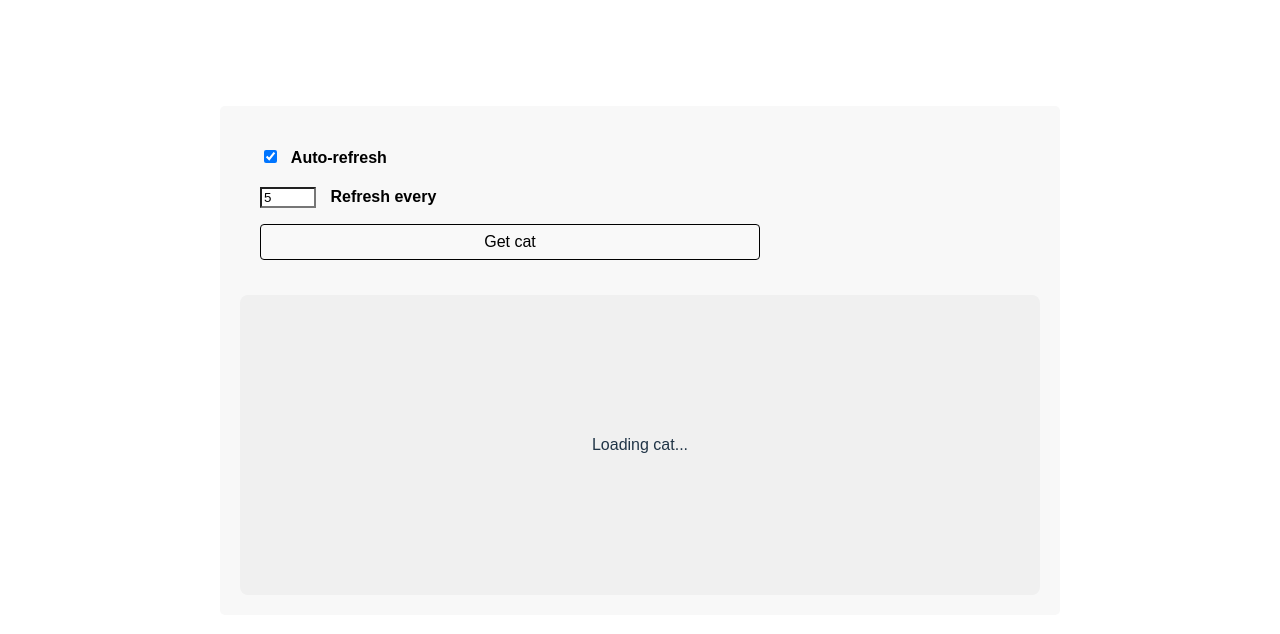
Repository: Pharaoh5/test-assignment5
Page: /
These files come from the project's save history. The page is drawn as it stood at one moment and after the next save; the edit follows.
The browser window is 1280 px wide. The pictures show the whole page.
The page's requests for data from a server got no answer. The project was rebuilt for these pictures with package versions that can differ from the ones it lists, and the page was loaded fresh each time. No one was signed in, and anything a server would have sent is missing. Also part of the build but not shown: vite.config.ts.

Above is the page before, as saved 2025-04-08 19:42:01.

### index.html
<!doctype html>
<html lang="en">
  <head>
    <meta charset="UTF-8" />
    <link rel="icon" type="image/svg+xml" href="/vite.svg" />
    <meta name="viewport" content="width=device-width, initial-scale=1.0" />
    <title>Vite + React + TS</title>
  </head>
  <body>
    <div id="root" style="width: 100%;"></div>
    <script type="module" src="/src/main.tsx"></script>
  </body>
</html>

### src/App.tsx
import { useState, useEffect } from 'react';
import styled from 'styled-components';
import CatImage from './components/CatImage';
import Controls from './components/Controls';

const AppContainer = styled.div`
  background-color: #f8f8f8;
  font-family: Arial, sans-serif;
  max-width: 800px;
  margin: 0 auto;
  padding: 20px;
  text-align: center;
  border-radius: 5px;
`;

const App = () => {
  const [catImage, setCatImage] = useState(null);
  const [autoRefresh, setAutoRefresh] = useState(true);
  const [refreshInterval, setRefreshInterval] = useState(5);

  const fetchCat = async () => {
    try {
      const response = await fetch('https://api.thecatapi.com/v1/images/search');
      const data = await response.json();
      setCatImage(data[0].url);
    } catch (error) {
      console.error('Error fetching cat:', error);
    }
  };

  useEffect(() => {
    fetchCat();
  }, []);

  useEffect(() => {
    let intervalId: number;
    if (autoRefresh) {
      intervalId = setInterval(fetchCat, refreshInterval * 1000);
    }
    return () => {
      if (intervalId) clearInterval(intervalId);
    };
  }, [autoRefresh, refreshInterval]);

  return (
    <AppContainer>
      <Controls
      autoRefresh={autoRefresh}
      refreshInterval={refreshInterval}
      onToggleAutoRefresh={() => setAutoRefresh(!autoRefresh)}
      onRefreshIntervalChange={(e: React.ChangeEvent<HTMLInputElement>) => setRefreshInterval(Number(e.target.value))}
      onManualRefresh={fetchCat}
      />
      <CatImage imageUrl={catImage as string | null} />
    </AppContainer>
  );
};

export default App;

### src/components/CatImage.tsx
import styled from 'styled-components';

const ImageContainer = styled.div`
`;

const CatImg = styled.img`
  max-width: 100%;
  max-height: 500px;
  border-radius: 8px;
  box-shadow: 0 2px 4px rgba(0, 0, 0, 0.1);
`;

const Placeholder = styled.div`
  width: 100%;
  height: 300px;
  background-color: #f0f0f0;
  display: flex;
  align-items: center;
  justify-content: center;
  border-radius: 8px;
`;

interface CatImageProps {
    imageUrl?: string | null;
  }

const CatImage = ({ imageUrl }: CatImageProps) => {
  return (
    <ImageContainer>
      {imageUrl ? (
        <CatImg src={imageUrl} alt="Random cat" />
      ) : (
        <Placeholder>Loading cat...</Placeholder>
      )}
    </ImageContainer>
  );
};

export default CatImage;

### src/components/Controls.tsx
import styled from 'styled-components';

const ControlsContainer = styled.div`
  padding: 20px;
  border-radius: 8px;
  text-align: left;
`;

const ControlGroup = styled.div`
  margin-bottom: 15px;
  text-align: left;
  color: black;
`;

const Label = styled.label`
  margin-right: 10px;
  font-weight: bold;
  color: black;
`;

const Button = styled.button`
  width: 500px;
  padding: 8px 16px;
  background-image: linear-gradient(to right,rgb(248, 248, 248) 0%,rgb(177, 177, 177)  51%,rgb(218, 218, 218)  100%)
  color: black;
  border: none;
  border-radius: 4px;
  cursor: pointer;
  font-size: 16px;
  border: 1px solid black;

  &:hover {
  }
`;

interface ControlsProps {
  autoRefresh: boolean;
  refreshInterval: number;
  onToggleAutoRefresh: (event: React.ChangeEvent<HTMLInputElement>) => void;
  onRefreshIntervalChange: (event: React.ChangeEvent<HTMLInputElement>) => void;
  onManualRefresh: () => void;
}

const Controls: React.FC<ControlsProps> = ({
  autoRefresh,
  refreshInterval,
  onToggleAutoRefresh,
  onRefreshIntervalChange,
  onManualRefresh
}) => {
  return (
    <ControlsContainer>
      <ControlGroup>
        <Label>
          <input
            type="checkbox"
            checked={autoRefresh}
            onChange={onToggleAutoRefresh}
            style={{ marginRight: '10px' }}
          /> Auto-refresh
        </Label>
      </ControlGroup>

      {autoRefresh && (
        <ControlGroup>
          <Label>
            <input
              type="number"
              min="1"
              max="60"
              value={refreshInterval}
              onChange={onRefreshIntervalChange}
              style={{ marginRight: '10px', backgroundColor: 'white', color: 'black'}}
            /> Refresh every
          </Label>
        </ControlGroup>
      )}

      <ControlGroup>
        <Button className='btn-grad' onClick={onManualRefresh}>Get cat</Button>
      </ControlGroup>
    </ControlsContainer>
  );
};

export default Controls;

Loaded but not shown: src/main.tsx (common file); src/index.css (common file)

After the next save:
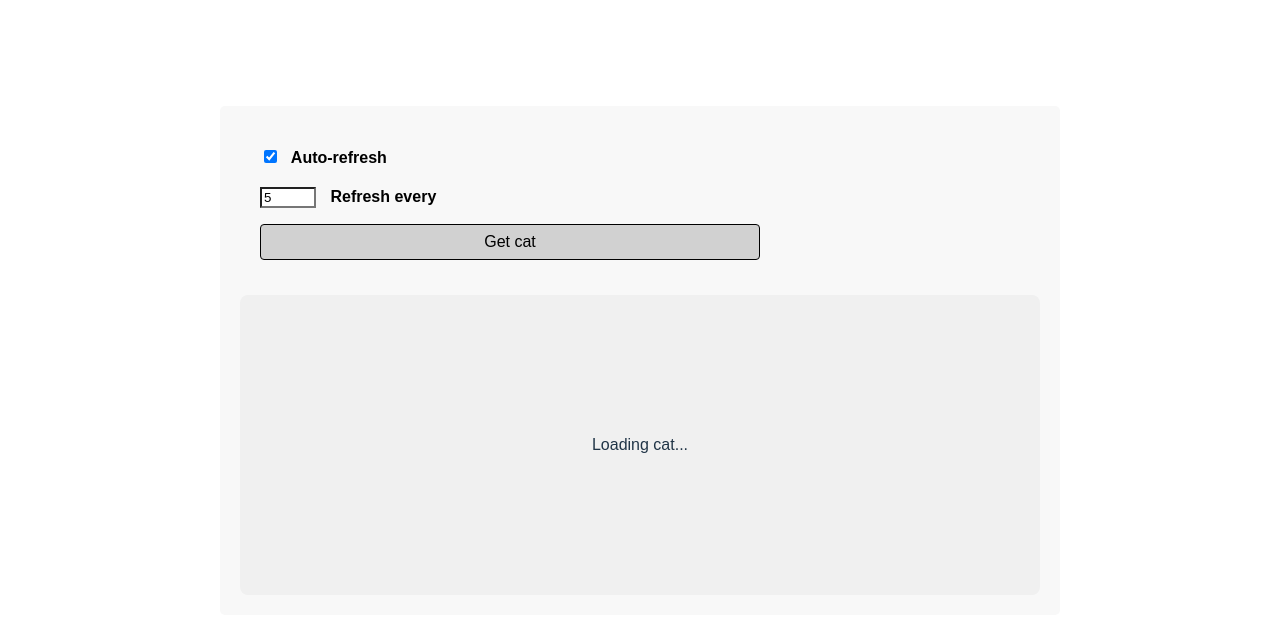
Saved 5 s later.
--- a/src/components/Controls.tsx
+++ b/src/components/Controls.tsx
@@ -21,7 +21,7 @@
 const Button = styled.button`
   width: 500px;
   padding: 8px 16px;
-  background-image: linear-gradient(to right,rgb(248, 248, 248) 0%,rgb(177, 177, 177)  51%,rgb(218, 218, 218)  100%)
+  background-color:rgb(209, 209, 209);
   color: black;
   border: none;
   border-radius: 4px;
@@ -30,6 +30,7 @@
   border: 1px solid black;
 
   &:hover {
+    box-shadow: 4px 4px 8px 0px rgba(29, 29, 29, 0.2);
   }
 `;
 

After the save that followed:
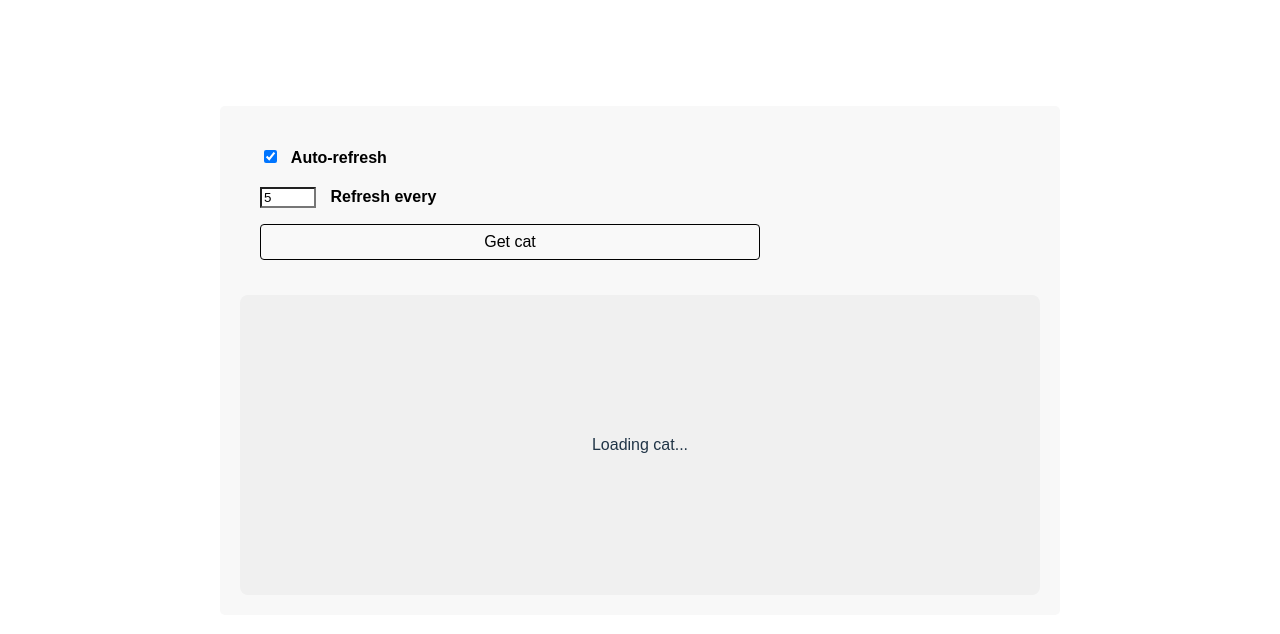
Saved 13 s later.
--- a/src/components/Controls.tsx
+++ b/src/components/Controls.tsx
@@ -21,7 +21,7 @@
 const Button = styled.button`
   width: 500px;
   padding: 8px 16px;
-  background-color:rgb(209, 209, 209);
+  background-color:linear-gradient(to right, #232526 0%, #414345  51%, #232526  100%);
   color: black;
   border: none;
   border-radius: 4px;
